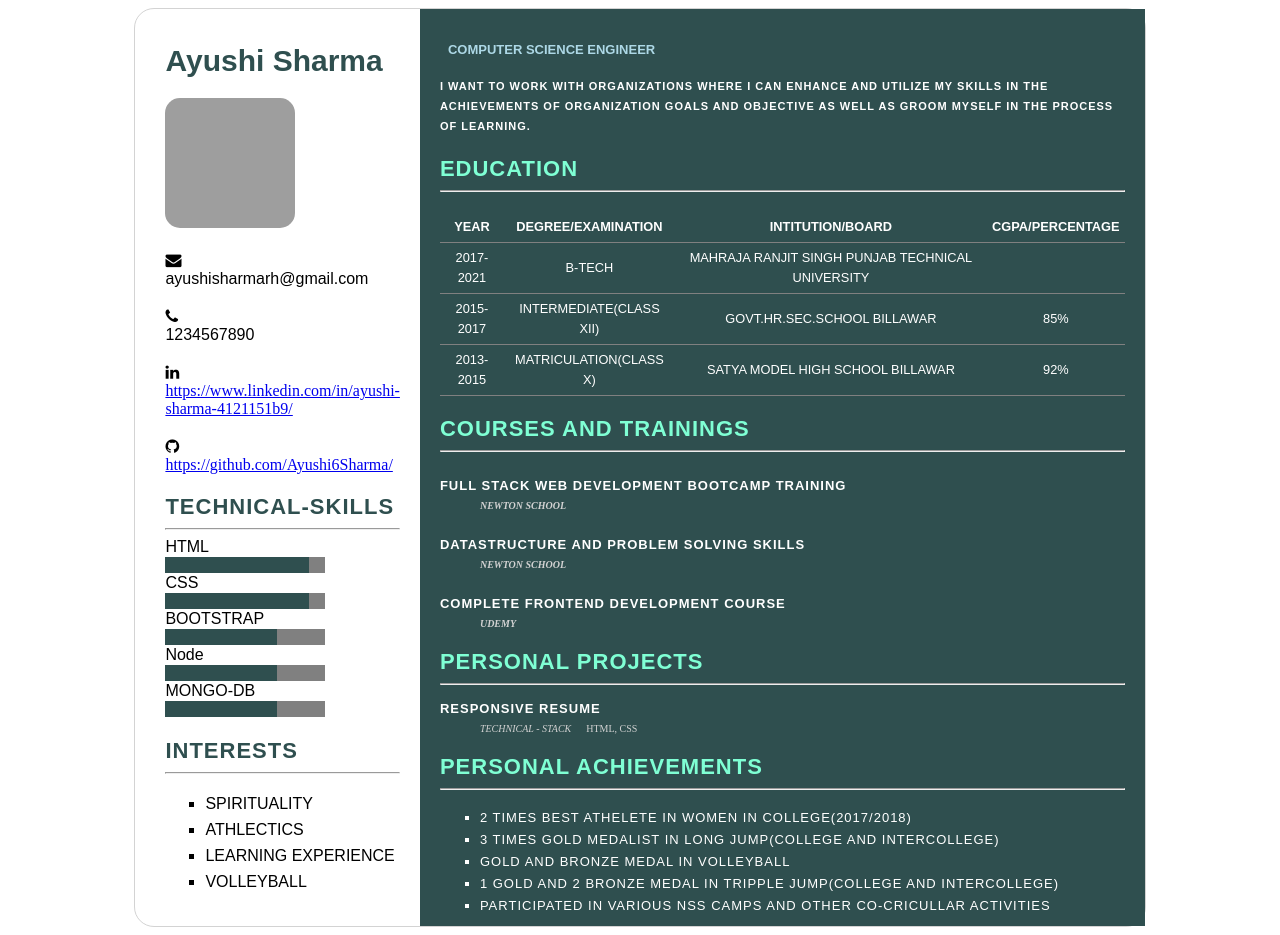
Repository: Ayushi6Sharma/Resume
Page: index.html
An editor plug-in stored every save of this project. The page is shown before and after the next save, followed by the edit.
The browser window is 1280 px wide. The pictures show the whole page.
Pictures or frames that could not be fetched are drawn as grey boxes.

Above is the page before, as saved 2022-05-05 00:51:16.

### index.html
<!DOCTYPE html>
<html lang="en">
    <head>
        <meta charset="utf-8">
        <meta http-equiv="X-UA-Compatible" content="IE=edge">
        <meta name="viewport" content="width=device-width, initial-scale=1">
        <meta name="description" content="Responsive resume for companies">
        <meta name="author" content="Ayushi Sharma">
        <div class="profile-linkedin"></div>
        <link rel="stylesheet" href="style.css">
        <!-- <link rel="stylesheet" href="https://cdn.jsdelivr.net/npm/@fortawesome/fontawesome-free@5.15.4/css/fontawesome.min.css" integrity="sha384-jLKHWM3JRmfMU0A5x5AkjWkw/EYfGUAGagvnfryNV3F9VqM98XiIH7VBGVoxVSc7" crossorigin="anonymous"> -->
        <!-- <link href="https://cdnjs.cloudflare.com/ajax/libs/font-awesome/5.13.0/css/all.min.css" rel="stylesheet"> -->
        <link rel="stylesheet" href="https://stackpath.bootstrapcdn.com/font-awesome/4.7.0/css/font-awesome.min.css" integrity="sha384-wvfXpqpZZVQGK6TAh5PVlGOfQNHSoD2xbE+QkPxCAFlNEevoEH3Sl0sibVcOQVnN" crossorigin="anonymous">
        <title>Resume</title>
    </head>
    <body>
        <main class="main-content" contenteditable="false">
            <section>
                <div class="left-main-content">
                    <!-- Profile data -->
                    <div class="profile-data">
                        <div class="name">Ayushi Sharma</div>
                        <div class="profile-image">
                           <img src="https://d3dyfaf3iutrxo.cloudfront.net/thumbnail/user/6c8447b7ed274991ae4f61d43667a32b.jpeg" class="img">
                        </div>
                        <div class="profile-email">
                            <div class="email-icon">
                                <i class="fa fa-envelope"></i>
                            </div>
                            <div class="email-address">
                                ayushisharmarh@gmail.com
                            </div>
                        </div>
                        <div class="profile-contact">
                            <div class="phone-icon">
                                <i class="fa fa-phone"></i>
                            </div>
                            <div class="phone-number">
                                1234567890
                            </div>
                        </div>
                        <div class="profile-linkedin">
                            <div class="linkedid-icon">
                                <i class="fa fa-linkedin"></i>
                            </div>
                            <div class="linkedin-account">
                                <a href="https://www.linkedin.com/in/ayushi-sharma-4121151b9/">https://www.linkedin.com/in/ayushi-sharma-4121151b9/</a>
                            </div>
                        </div>
                        <div class="profile-github">
                            <div class="github-icon">
                                <i class="fa fa-github"></i>
                            </div>
                            <div class="github account-account">
                               <a href="https://github.com/Ayushi6Sharma/">https://github.com/Ayushi6Sharma/</a>
                            </div>
                        </div>
                    </div>
                    <!-- Technical Skills -->
                    <div class="technical-skills">
                        <div class="title">
                            TECHNICAL-SKILLS
                        </div>
                        <hr>
                        <div class="skills">
                            <div class="skill-item">
                                HTML
                            </div>
                            <div class="skill-knowledge">
                                <progress value="90" max="100" class="bar"></progress>
                            </div>
                        </div>
                        <div class="skills">
                            <div class="skill-item">
                                CSS
                            </div>
                            <div class="skill-knowledge">
                                <progress value="90" max="100" class="bar"></progress>
                            </div>
                        </div>
                        <div class="skills">
                            <div class="skill-item">
                                BOOTSTRAP
                            </div>
                            <div class="skill-knowledge">
                                <progress value="70" max="100" class="bar"></progress>
                            </div>
                        </div>
                        <div class="skills">
                            <div class="skill-item">
                                Node
                            </div>
                            <div class="skill-knowledge">
                                <progress value="70" max="100" class="bar"></progress>
                            </div>
                        </div>
                        <div class="skills">
                            <div class="skill-item">
                                MONGO-DB
                            </div>
                            <div class="skill-knowledge">
                                <progress value="70" max="100" class="bar"></progress>
                            </div>
                        </div>
                    </div>
                    <!-- Interests -->
                    <div class="Interests">
                        <div class="title">
                            INTERESTS
                        </div>
                        <hr>
                        <ol class="interest-items">
                            <li>SPIRITUALITY</li>
                            <li>ATHLECTICS</li>
                            <li>LEARNING EXPERIENCE</li>
                            <li>VOLLEYBALL</li>
                        </ol>
                    </div>
                </div>
            </section>
            <!-- section 2 -->
            <section class="section2">
                <div class="right-main-content">
                    <div class="about">
                        <div class="stream">COMPUTER SCIENCE ENGINEER</div>
                        <p class="details"> I WANT TO WORK WITH ORGANIZATIONS WHERE I CAN ENHANCE AND UTILIZE MY SKILLS IN THE ACHIEVEMENTS OF
                            ORGANIZATION GOALS AND OBJECTIVE AS WELL AS GROOM MYSELF IN THE PROCESS OF LEARNING.
                        </p>
                    </div>
                     <div class="education">
                         <div class="title-right">
                             EDUCATION
                         </div>
                         <hr>
                         <div class="eduction-table">
                             <table>
                                 <thead>
                                     <tr>
                                         <th>YEAR</th>
                                         <th>DEGREE/EXAMINATION</th>
                                         <th>INTITUTION/BOARD</th>
                                         <th>CGPA/PERCENTAGE</th>
                                     </tr>
                                 </thead>
                                 <tr>
                                     <td>
                                         2017-2021
                                     </td>
                                     <td>
                                        B-TECH
                                     </td>
                                     <td>MAHRAJA RANJIT SINGH PUNJAB TECHNICAL UNIVERSITY</td>
                                     <td></td>
                                 </tr>
                                 <tr>
                                    <td>
                                        2015-2017
                                    </td>
                                    <td>
                                       INTERMEDIATE(CLASS XII)
                                    </td>
                                    <td>GOVT.HR.SEC.SCHOOL BILLAWAR</td>
                                    <td>
                                        85%
                                    </td>
                                </tr>
                                <tr>
                                    <td>
                                        2013-2015
                                    </td>
                                    <td>
                                       MATRICULATION(CLASS X)
                                    </td>
                                    <td>SATYA MODEL HIGH SCHOOL BILLAWAR</td>
                                    <td>
                                        92%
                                    </td>
                                </tr>
                             </table>
                         </div>
                     </div>
                     <div class="courses-and-trainings">
                         <div class="title-right">COURSES AND TRAININGS</div>
                         <hr>
                        <div class="training-1">
                            <dl>
                                <dt class="training-name">
                                    FULL STACK WEB DEVELOPMENT BOOTCAMP TRAINING
                                </dt>
                                <dd class="training-place">
                                    <i>NEWTON SCHOOL</i>
                                </dd>
                            </dl>
                        </div>
                        <div class="training-1">
                            <dl>
                                <dt class="training-name">
                                    DATASTRUCTURE AND PROBLEM SOLVING SKILLS
                                </dt>
                                <dd class="training-place">
                                    <i>NEWTON SCHOOL</i>
                                </dd>
                            </dl>
                        </div>
                        <div class="training-1">
                            <dl>
                                <dt class="training-name">
                                    COMPLETE FRONTEND DEVELOPMENT COURSE
                                </dt>
                                <dd class="training-place">
                                    <i>UDEMY</i>
                                </dd>
                            </dl>
                        </div>
                     </div>
                     <div class="personal-projects">
                        <div class="title-right">
                            PERSONAL PROJECTS
                        </div>
                        <hr>
                        <div class="project">
                            <dl>
                                <dt class="project-name">RESPONSIVE RESUME</dt>
                                <dd class="tech-stack">
                                    <i>TECHNICAL - STACK</i>
                                    <span>&emsp; HTML, CSS<span>
                                </dd>
                            </dl>
                        </div>
                     </div>
                     <div class="personal-achievements">
                        <div class="title-right">
                            PERSONAL ACHIEVEMENTS
                        </div>
                        <hr>
                        <ol class="achievements">
                            <li>2 TIMES BEST ATHELETE IN WOMEN IN COLLEGE<span class="ach-data">(2017/2018)<span></li>
                            <li>3 TIMES GOLD MEDALIST IN LONG JUMP<span class="ach-data">(COLLEGE AND INTERCOLLEGE)<span></li>
                            <li>GOLD AND BRONZE MEDAL IN VOLLEYBALL</li>
                            <li>1 GOLD AND 2 BRONZE MEDAL IN TRIPPLE JUMP<span class="ach-data">(COLLEGE AND INTERCOLLEGE)</span></li>
                            <li>PARTICIPATED IN VARIOUS NSS CAMPS AND OTHER CO-CRICULLAR ACTIVITIES</li>
                        </ol>
                     </div>

                </div>
            </section>
        </main>
    </body>
</html>

### style.css
*
{
    box-sizing: border-box;
}
.main-content
{
    display: grid;
    grid-template-columns:1fr 3fr;
    width:80%;
    margin: auto;
    border:1px solid lightgrey;
    border-radius:20px;
}
.left-main-content
 {
     /* grid-column: span 1; */
    padding-left: 30px;
    padding-right: 20px;
}
.section2
{
    background-color:#2F4F4F;
}
.right-main-content
{
    padding-left:20px;
    padding-right: 20px;
}
.profile-data > div{
    margin-top: 20px;
}
/* profile data */
.name
{
    font-weight:bolder;
    font-size:30px;
    font-family: sans-serif;
    padding-top: 15px;
    color:#2F4F4F;
}
.img
{
    width:130px;
    height:130px;
    border-radius:15px;
}
.email-address{
    font-size: 16px;
    font-family: sans-serif;
}
.phone-number
{
    font-size: 16px;
    font-family: sans-serif;
}
.skill-item
{
    font-family: sans-serif;
}
progress
{
    border-radius:0px;
}
progress::-webkit-progress-value
{
     background-color: #2F4F4F !important;
     color:aliceblue;
    }
.interest-items > li
{
    font-family: sans-serif;
    font-size: 16px;
    padding-top: 8px;
}
/* technical skills */
.title{
    margin-top: 20px;
    font-weight: bold;
    font-size: 22px;
    letter-spacing: 1px;
    font-family: sans-serif;
    color:#2F4F4F;
}
.title-right{
    margin-top: 20px;
    font-weight: bold;
    font-size: 22px;
    letter-spacing: 1px;
    font-family: sans-serif;
    color:aquamarine;
}
/* Interest */
.interest-items{
    list-style-type: square;
    font-size: 13px;
    font-family: sans-serif;
}
/* Right main content */
.stream
{
    color: lightblue;
    font-family: sans-serif;
    font-size: 13px;
    margin-top: 25px;
    padding: 8px;
    font-weight: bold;
}
.details
{
    font-size: 11px;
    font-family: sans-serif;
    font-weight: bold;
    letter-spacing: 1px;
    color:white;
    line-height: 20px;
}
/* EDUCTAION */
.eduction-table
{
    margin-top: 20px;
}
table,th,td
{
    border-bottom:1px solid grey;
    line-height: 20px;
    border-collapse: collapse;
    text-align: center;
    padding:5px;
    font-size: 1vw;
    font-family: sans-serif;
    color:white;
}
/* TRIANING AND COURSES */
.training-name
{
    font-weight: bold;
    font-size:13px;
    font-family: sans-serif;
    color:white;
    letter-spacing: 1px;
    padding-top: 10px;
}
.training-place
{
    font-weight: bold;
    font-size: 10px;
    color:lightgrey;
    padding-top: 7px;
}
/* PROJECTS */
.project-name
{
    letter-spacing: 1px;
    font-weight: bold;
    font-size:13px;
    font-family: sans-serif;
    color:white;
}
.tech-stack
{
    color:lightgrey;
    font-size: 10px;
    padding-top: 7px;
}
.stack-name li
{
    list-style-type: square;
}
/* ACHIEVEMENTS */
.achievements
{
    list-style-type: square;
    font-size: 13px;
    font-family:sans-serif;
    letter-spacing: 1px;
}
.achievements li
{
    padding-top: 7px;
    color:white;
    /* padding-bottom: 20px; */
}
/* media queries for responsive page */

@media only screen and (max-width:480px)
{   .main-content
    {
        grid-template-columns:repeat(1,1fr);
        width:100%;
    }
    .title
    {
        font-size: 15px;
    }
    th,td
    {
        font-size:10px;
        padding: 2px;
    }
    .training-name
    {
        font-size:10px;
    }
    .training-place
    {
        font-size: 8px;
    }
    .left-main-content
    {
        text-align: center;
    }
}
@media only screen and (min-width:481px) and (max-width:768px)
{
    .main-content
    {
        grid-template-columns:repeat(1,1fr);
        width:100%;
    }
    .title
    {
        font-size: 20px;
    }
    table,th,td
    {
        font-size: 10px;
    }
    .training-name
    {
        font-size:12px;
    }
    .training-place
    {
        font-size: 9px;
    }
    .left-main-content
    {
        text-align: center;
    }
}
@media only screen and (min-width:481px) and (max-width:768px)
{
    th,td
    {
        font-size: 10px;
        padding: 5px;
    }
}

After the next save:
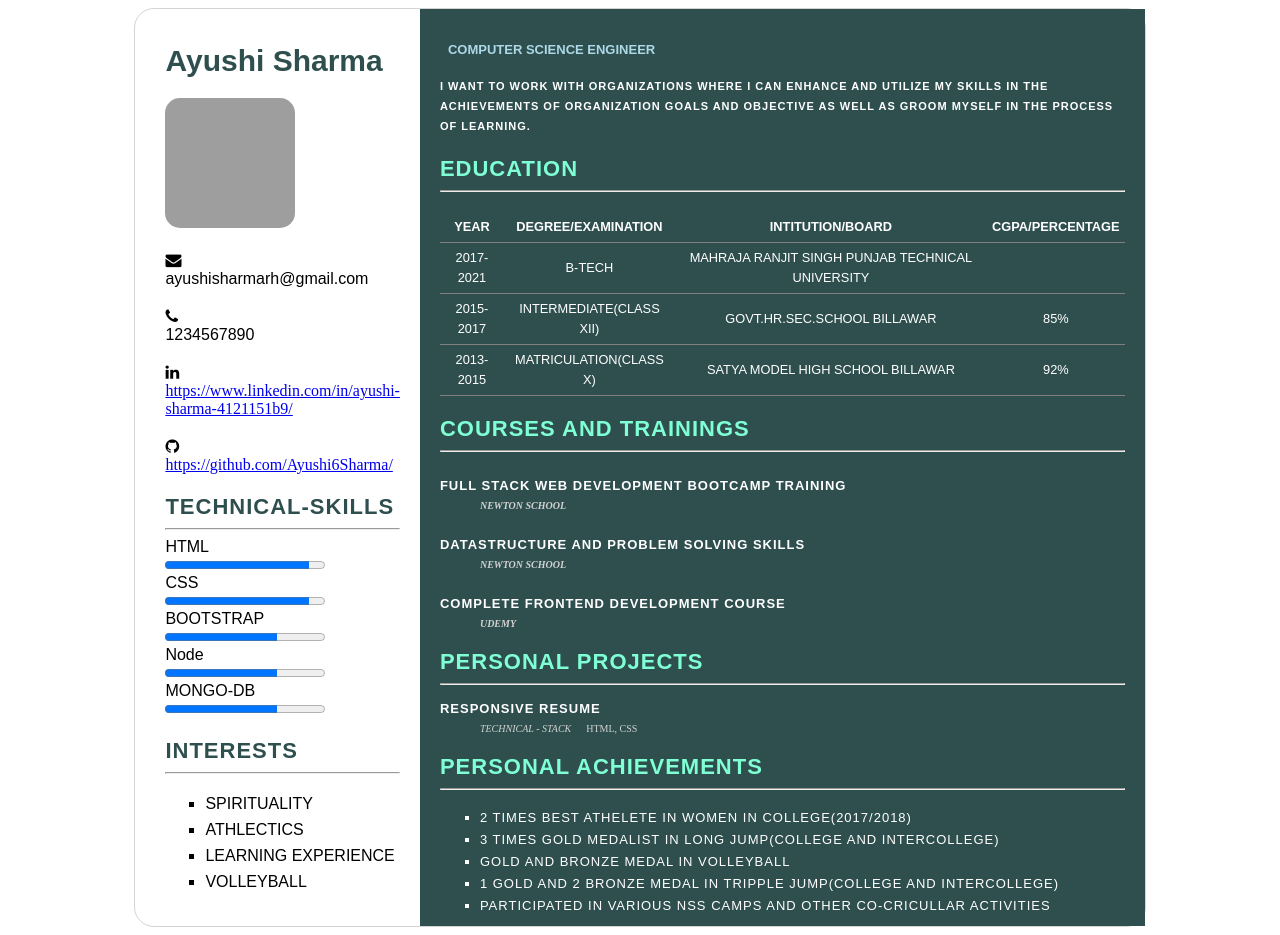
Saved 53 s later.
--- a/style.css
+++ b/style.css
@@ -57,10 +57,10 @@
 {
     font-family: sans-serif;
 }
-progress
+/* progress
 {
     border-radius:0px;
-}
+} */
 progress::-webkit-progress-value
 {
      background-color: #2F4F4F !important;

After the 2 saves that followed:
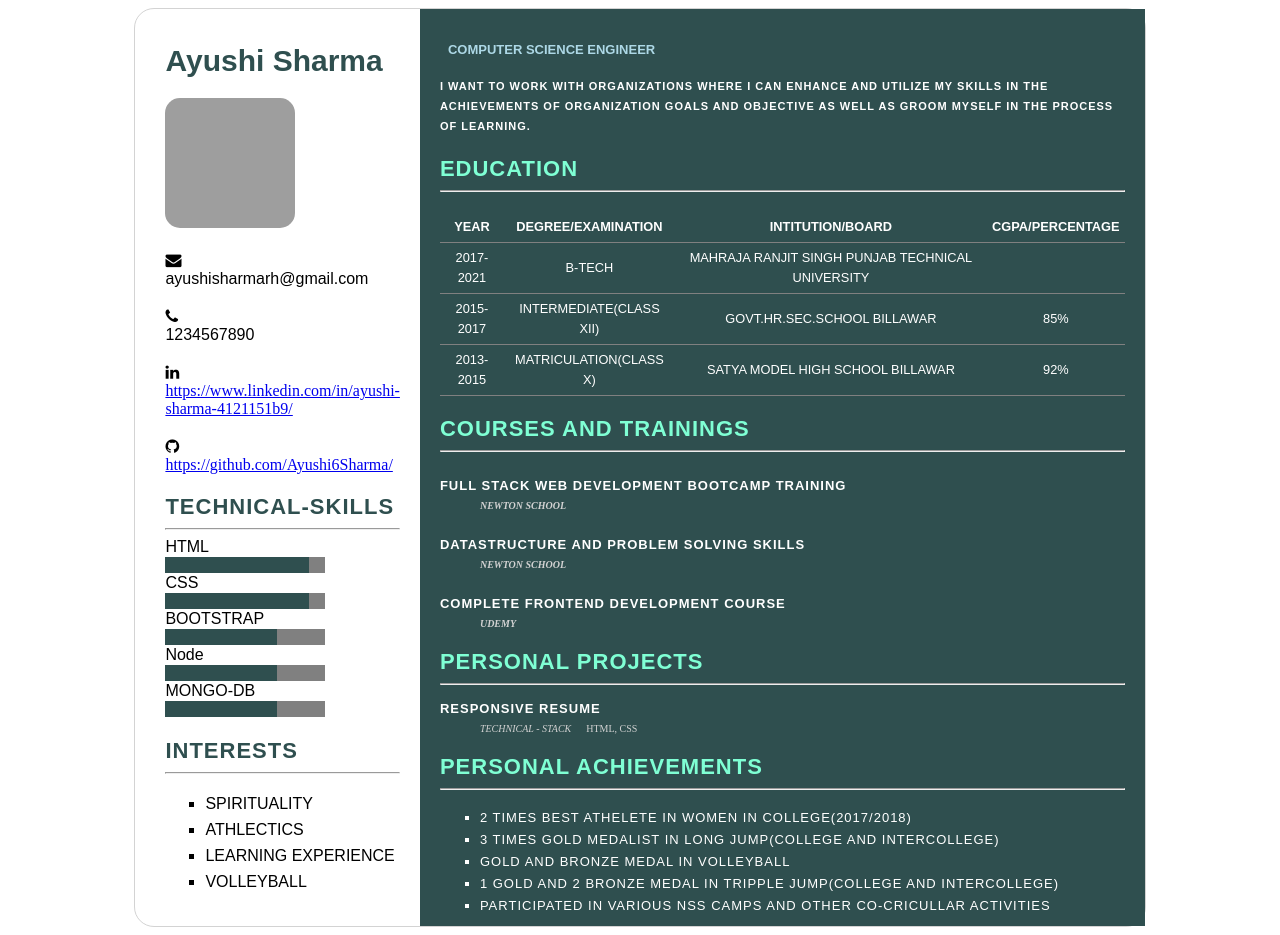
The 2 saves are shown as one change because 1 left the picture as it was.
The last was saved 27 s later.
--- a/style.css
+++ b/style.css
@@ -57,14 +57,13 @@
 {
     font-family: sans-serif;
 }
-/* progress
+progress
 {
     border-radius:0px;
-} */
+}
 progress::-webkit-progress-value
 {
      background-color: #2F4F4F !important;
-     color:aliceblue;
     }
 .interest-items > li
 {
